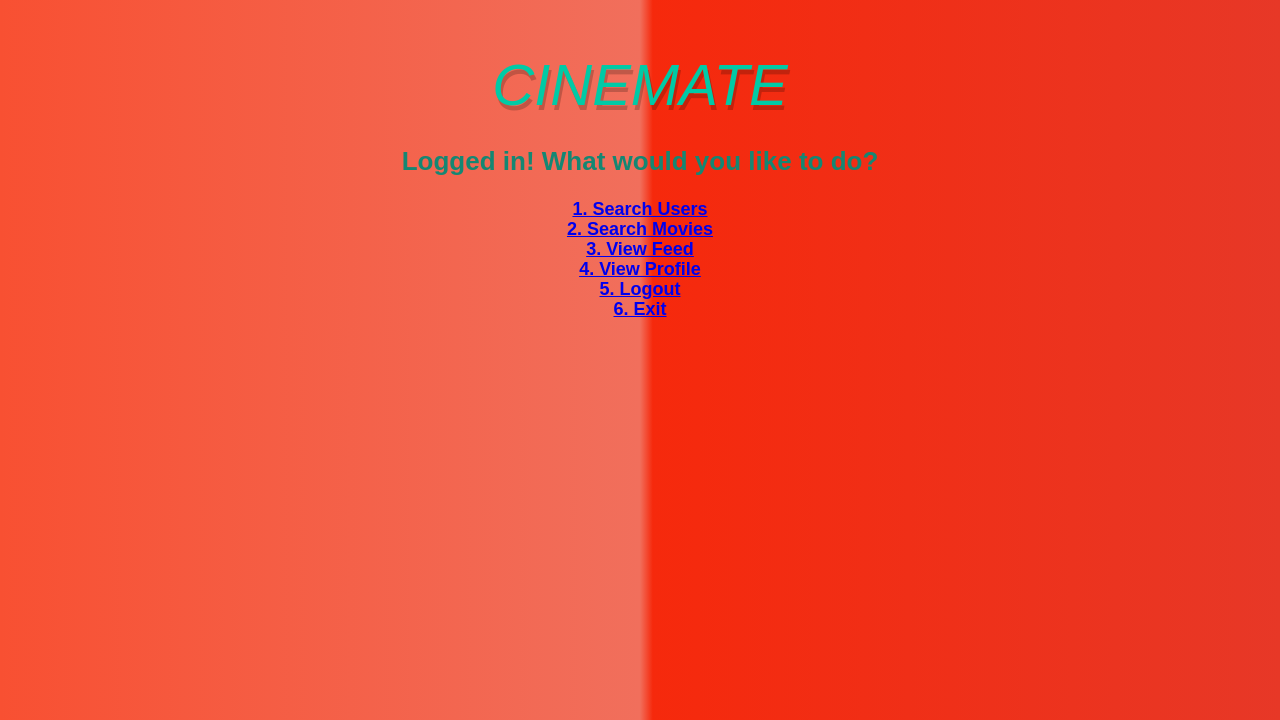
Repository: ir1998/cs201
Page: http://localhost/Assignment2/MainMenu.jsp
The author's editor kept a copy of each file at every save. The page is drawn from the files as they stood at one save, then again after the next save.
The browser window is 1280 px wide. The pictures show the whole page.
The page is served by Tomcat 9. Other server files are loaded and not shown.

Above is the page before, as saved 2017-02-12 18:55:51.

### Assignment2/WebContent/MainMenu.jsp
<%@ page language="java" contentType="text/html; charset=UTF-8"
    pageEncoding="UTF-8"%>
<!DOCTYPE html PUBLIC "-//W3C//DTD HTML 4.01 Transitional//EN" "http://www.w3.org/TR/html4/loose.dtd">
<html>
<link rel="stylesheet" href="main.css">
</head>
<body bgcolor="#E6E6FA">
<h1 id="Title1" >Cinemate</h1>
<h2 id="Title2" >Logged in! What would you like to do?</h2>
</head>
<body>
	<form action="MenuSelectionServlet" id="Title4">
		<a href="SearchUsers.jsp" >1. Search Users</a><br>
		<a href="SearchMovies.jsp" >2. Search Movies</a><br>
		<a href="Feed.jsp" >3. View Feed</a><br>
		<a href="Profile.jsp" >4. View Profile</a><br>
		<a href="LoginPage.jsp" >5. Logout</a><br>
		<a href="GetFile.jsp" >6. Exit</a><br>
	</form>
</body>
</html>

### Assignment2/WebContent/main.css
@CHARSET "UTF-8";

html, body {
	margin: 0;
	padding: 0;
	overflow: hidden;
	font-family: HelveticaNeue, Helvetica, Arial, sans-serif;
	font-size: 13px;
	-webkit-font-smoothing:antialiased;
	text-rendering:optimizeLegibility;
	box-sizing: border-box;


	background: rgba(248,80,50,1);
	background: -moz-linear-gradient(left, rgba(248,80,50,1) 0%, rgba(241,111,92,1) 50%, rgba(246,41,12,1) 51%, rgba(240,47,23,1) 71%, rgba(231,56,39,1) 100%);
	background: -webkit-gradient(left top, right top, color-stop(0%, rgba(248,80,50,1)), color-stop(50%, rgba(241,111,92,1)), color-stop(51%, rgba(246,41,12,1)), color-stop(71%, rgba(240,47,23,1)), color-stop(100%, rgba(231,56,39,1)));
	background: -webkit-linear-gradient(left, rgba(248,80,50,1) 0%, rgba(241,111,92,1) 50%, rgba(246,41,12,1) 51%, rgba(240,47,23,1) 71%, rgba(231,56,39,1) 100%);
	background: -o-linear-gradient(left, rgba(248,80,50,1) 0%, rgba(241,111,92,1) 50%, rgba(246,41,12,1) 51%, rgba(240,47,23,1) 71%, rgba(231,56,39,1) 100%);
	background: -ms-linear-gradient(left, rgba(248,80,50,1) 0%, rgba(241,111,92,1) 50%, rgba(246,41,12,1) 51%, rgba(240,47,23,1) 71%, rgba(231,56,39,1) 100%);
	background: linear-gradient(to right, rgba(248,80,50,1) 0%, rgba(241,111,92,1) 50%, rgba(246,41,12,1) 51%, rgba(240,47,23,1) 71%, rgba(231,56,39,1) 100%);
	filter: progid:DXImageTransform.Microsoft.gradient( startColorstr='#f85032', endColorstr='#e73827', GradientType=1 );
}

#Title1 {
	margin: 1em 0 0.5em 0;
	font-weight: 100;
	text-transform: uppercase;
	color: #00caa6;
	font-style: italic;
	font-family: 'Josefin Sans', sans-serif;
	font-size: 58px;
	line-height: 54px;
	text-shadow: 2px 5px 0 rgba(0,0,0,0.2);
	text-align:center;
}

#Title2 {
	margin: 1em 0 0.5em 0;
	color: #148773;
	font-size: 26px;
	line-height: 40px;
	font-weight: bold;
	font-family: 'Josefin Sans', sans-serif;
	text-align:center;
}

#Title3 {
	margin: 1em 0 0.5em 0;
	color: #343434;
	font-size: 22px;
	line-height: 40px;
	font-weight: 100;
	text-transform: uppercase;
	font-family: 'Josefin Sans', sans-serif;
	letter-spacing: 1px;
	font-style: italic;
	text-align:center;
}

#Title4 {
	margin: 1em 0 0.5em 0;
	color: #343434;
	font-size: 18px;
	line-height: 20px;
	font-weight: bold;
	font-family: 'Josefin Sans', sans-serif;
	text-align:center;
}

#InfoBox{
	border-style: outset;
}



#MyButton {
	-moz-box-shadow: 0px 1px 0px 0px #fff6af;
	-webkit-box-shadow: 0px 1px 0px 0px #fff6af;
	box-shadow: 0px 1px 0px 0px #fff6af;
	background:-webkit-gradient(linear, left top, left bottom, color-stop(0.05, #ffec64), color-stop(1, #ffab23));
	background:-moz-linear-gradient(top, #ffec64 5%, #ffab23 100%);
	background:-webkit-linear-gradient(top, #ffec64 5%, #ffab23 100%);
	background:-o-linear-gradient(top, #ffec64 5%, #ffab23 100%);
	background:-ms-linear-gradient(top, #ffec64 5%, #ffab23 100%);
	background:linear-gradient(to bottom, #ffec64 5%, #ffab23 100%);
	filter:progid:DXImageTransform.Microsoft.gradient(startColorstr='#ffec64', endColorstr='#ffab23',GradientType=0);
	background-color:#ffec64;
	-moz-border-radius:6px;
	-webkit-border-radius:6px;
	border-radius:6px;
	border:1px solid #ffaa22;
	display:inline-block;
	cursor:pointer;
	color:#333333;
	font-family:Arial;
	font-size:15px;
	font-weight:bold;
	padding:6px 24px;
	text-decoration:none;
	text-shadow:0px 1px 0px #ffee66;
	text-align:center;
}
#MyButton:hover {
	background:-webkit-gradient(linear, left top, left bottom, color-stop(0.05, #ffab23), color-stop(1, #ffec64));
	background:-moz-linear-gradient(top, #ffab23 5%, #ffec64 100%);
	background:-webkit-linear-gradient(top, #ffab23 5%, #ffec64 100%);
	background:-o-linear-gradient(top, #ffab23 5%, #ffec64 100%);
	background:-ms-linear-gradient(top, #ffab23 5%, #ffec64 100%);
	background:linear-gradient(to bottom, #ffab23 5%, #ffec64 100%);
	filter:progid:DXImageTransform.Microsoft.gradient(startColorstr='#ffab23', endColorstr='#ffec64',GradientType=0);
	background-color:#ffab23;
	text-align:center;
}
#MyButton:active {
	top:1px;
	text-align:center;
}

#ButtonHolder{ text-align: center; }

#ResultsBox{
	margin: 1em 0 0.5em 0;
	color: #343434;
	font-size: 18px;
	line-height: 20px;
	font-weight: bold;
	font-family: 'Josefin Sans', sans-serif;
	text-align:center;
	overflow-y: scroll;
	height:400px;
	text-align:center;
}

#Results{
	margin: 1em 0 0.5em 0;
	color: #343434;
	font-size: 18px;
	line-height: 20px;
	font-weight: bold;
	font-family: 'Josefin Sans', sans-serif;
	text-align:center;
	overflow-y: scroll;
	height:30px;
	text-align:center;
}
#Results:hover {
	background:-webkit-gradient(linear, left top, left bottom, color-stop(0.05, #ffab23), color-stop(1, #ffec64));
	background:-moz-linear-gradient(top, #ffab23 5%, #ffec64 100%);
	background:-webkit-linear-gradient(top, #ffab23 5%, #ffec64 100%);
	background:-o-linear-gradient(top, #ffab23 5%, #ffec64 100%);
	background:-ms-linear-gradient(top, #ffab23 5%, #ffec64 100%);
	background:linear-gradient(to bottom, #ffab23 5%, #ffec64 100%);
	filter:progid:DXImageTransform.Microsoft.gradient(startColorstr='#ffab23', endColorstr='#ffec64',GradientType=0);
	background-color:#ffab23;
	text-align:center;
}
#Results:active {
	top:1px;
	text-align:center;
}

After the next save:
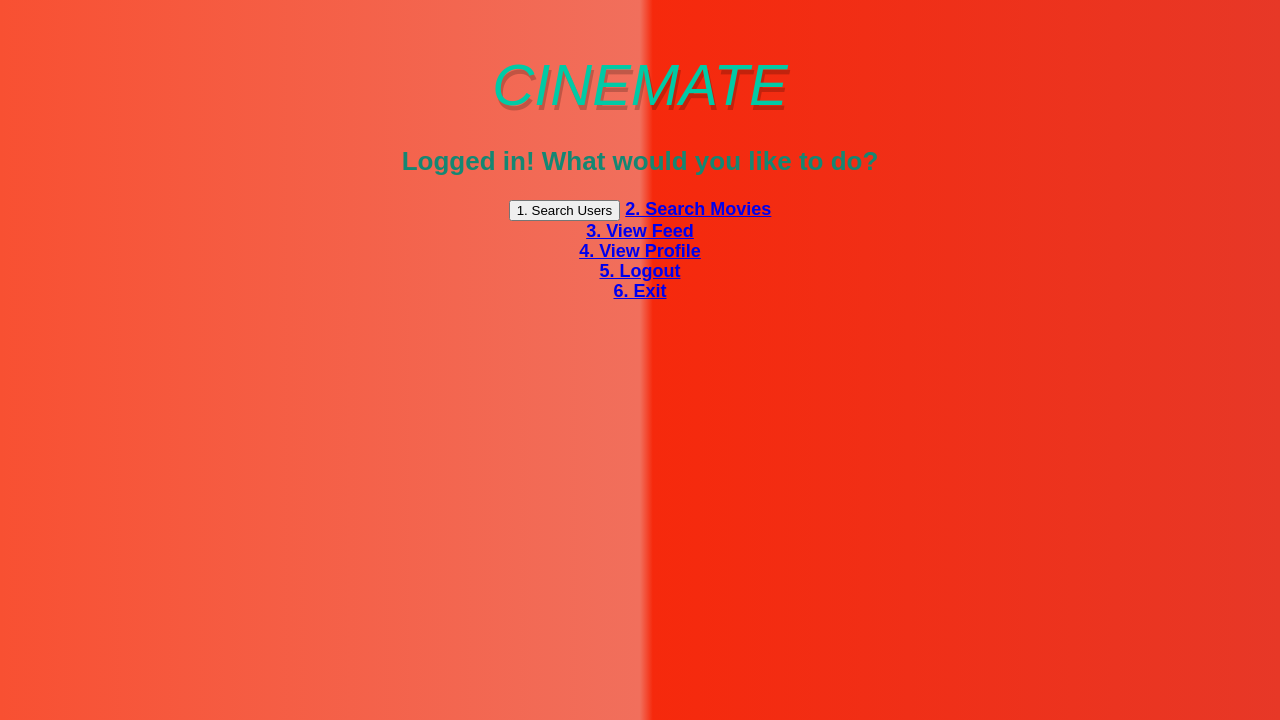
Saved 50 s later.
--- a/Assignment2/WebContent/MainMenu.jsp
+++ b/Assignment2/WebContent/MainMenu.jsp
@@ -10,7 +10,7 @@
 </head>
 <body>
 	<form action="MenuSelectionServlet" id="Title4">
-		<a href="SearchUsers.jsp" >1. Search Users</a><br>
+		<input type="submit" name="searchUsers" value="1. Search Users">
 		<a href="SearchMovies.jsp" >2. Search Movies</a><br>
 		<a href="Feed.jsp" >3. View Feed</a><br>
 		<a href="Profile.jsp" >4. View Profile</a><br>
